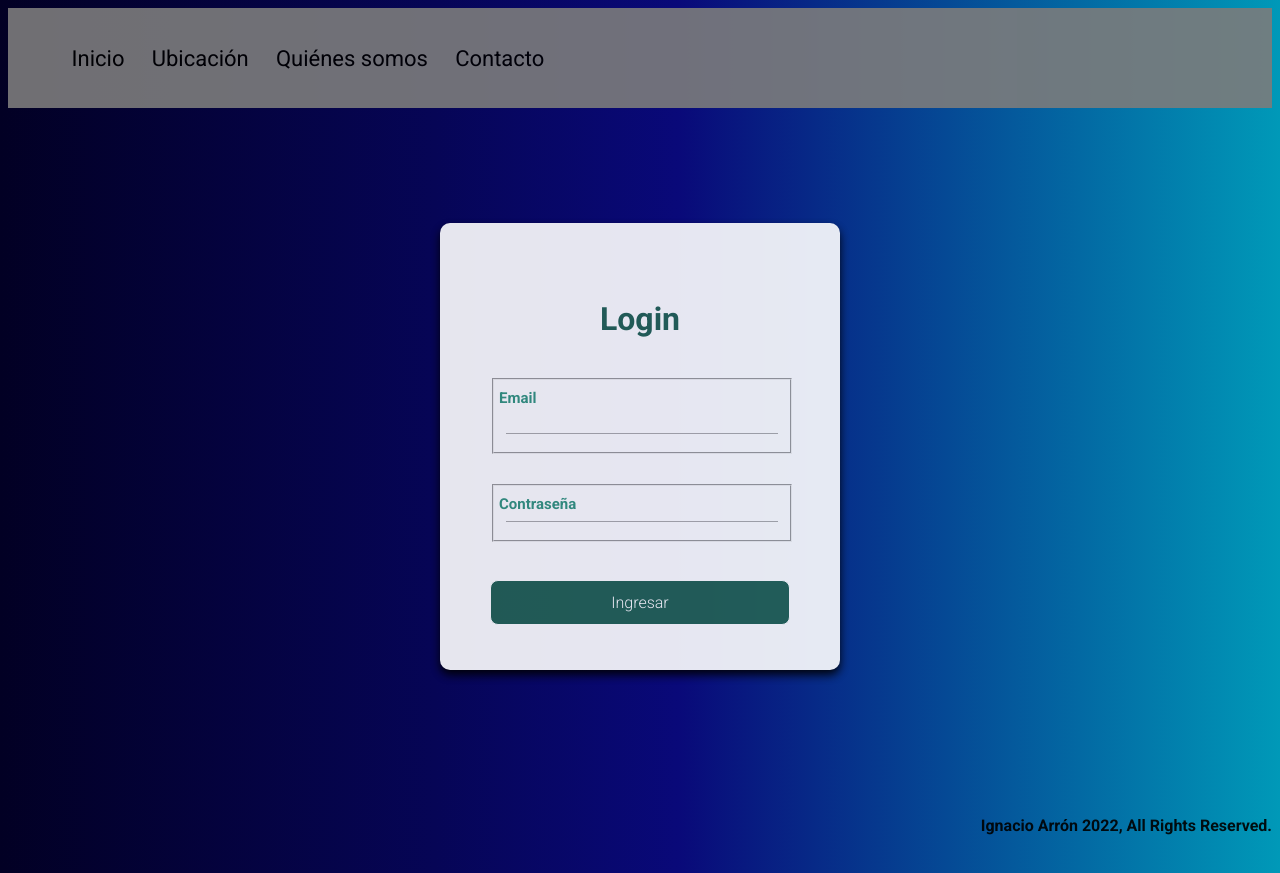
Repository: Divineridh/lppa-parcial2
Page: login.html
The author's editor kept a copy of each file at every save. The page is drawn from the files as they stood at one save, then again after the next save.
The browser window is 1280 px wide. The pictures show the whole page.

Above is the page before, as saved 2022-07-04 21:53:38.

### login.html
<!DOCTYPE html>
<html lang="en">
<head>
    <meta charset="UTF-8">
    <meta http-equiv="X-UA-Compatible" content="IE=edge">
    <meta name="viewport" content="width=device-width, initial-scale=1.0">
    <link rel="stylesheet" href="./styles/login.css">
    <link rel="stylesheet" href="./styles/style.css">
    <script src="./scripts/login.js"></script>
    <link rel="shortcut icon" href="images/favicon.ico" type="image/x-icon">
    <title>Login page</title>
</head>
<body>
    <header>
        <nav>
            <a href="#" target="_blank">Inicio</a>
            <a href="#" target="_blank">Ubicación</a>
            <a href="#" target="_blank">Quiénes somos</a>
            <a href="#" target="_blank">Contacto</a>
        </nav>
    </header>
    <form class="form">
        <h2 class="form-title">Login</h2>
        <fieldset class="form-group">
            <label class="form-label-text" for="txtEmail">Email</label><br>
            <input class="form-text" type="email" id="txtEmail" placeholder=" ">
            <label class="form-label-error hidden" for="txtEmail">Ingrese un email válido</label>
        </fieldset>
        <fieldset class="form-group">
            <label class="form-label-text" for="txtPassword">Contraseña</label>
            <input class="form-text" type="password" id="txtPassword" placeholder=" ">
            <label class="form-label-error hidden" for="txtPassword">Ingrese una contraseña válido</label>
        </fieldset>
        <input class="form-button" type="submit" value="Ingresar" id="loginBtn">
        <label id="label-error-login" class="form-label-error" hidden></label>
    </form>
    <footer>
        <p>
            Ignacio Arrón 2022, All Rights Reserved.
        </p>
    </footer>
</body>
</html>

### styles/login.css
.form{
    background-color: var(--blanco);
    margin: 100px auto;
    width: 90%;
    max-width: 400px;
    padding: 50px;
    padding-bottom: 25px;
    border-radius: 10px;
    box-shadow: 0px 5px 10px;
    text-align: center;
}

.form-title{
    font-size: 32px;
    margin-bottom: 40px;
    font-weight: 700;
    color: var(--verdeClaro)
}

.form-container{
    margin-top: 50px;
    display:flex;
}

.form-group{
    width: 100%;
    position: relative;
    margin-bottom: 30px;
}

.form-text{
    width: 100%;
    background: none;
    margin-bottom: 8px;
    color: rgb(112, 108, 108);
    font-size: 16px;
    padding: 5px 3px;
    border:none;
    outline:none;
    border-bottom: 1px solid rgb(87, 87, 87, 0.49);
    font-family: 'Roboto', sans-serif;
}

.form-text:focus + .form-lblTxt, .form-txt:not(:placeholder-shown) + .form-lblTxt{
    transform: translateY(-13px) scale(0.9);
    transform-origin: left top;
}

.form-label-text{
    color: var(--verdeAgua);
    position:absolute;
    font-size: 15px;
    top:0;
    left:5px;
    font-weight: bold;
    transform: translateY(9px);
    transform-origin: left bottom;
    transition: transform .5s;
}

.form-label-error{
    width: 100%;
    color:rgb(255, 0, 0);
    text-align: center;
}

.form-img{
    width: 20%;
    height: 20%;
}

.form-button{
    width: 100%;
    background-color: var(--verdeClaro);
    color:var(--blanco);
    font-family: 'Roboto', sans-serif;
    font-weight: 300;
    font-size: 16px;
    padding: 12px 0px;
    border: 1px solid;
    border-radius: 8px;
    cursor: pointer;
    transition: background-color .3s;
    margin-top: 8px;
    margin-bottom: 20px;
}

.form-button:hover{
    color: var(--verdeClaro);
    background-color: var(--blanco);
}

### styles/style.css
@import url('https://fonts.googleapis.com/css2?family=Roboto:wght@300;400;700&display=swap');

*{
    box-sizing: border-box;
    --azul: rgb(56, 102, 242);
    --blanco: rgb(255, 255, 255);
    --gris: rgb(221, 221, 221);
    --negro: rgb(0, 0, 0);
    --verdeOscuro: rgb(15, 54, 45);
    --verdeClaro: rgb(36, 99, 85);
    --verdeAgua: rgb(54, 150, 129);
    --verdeHeader: rgb(17, 96, 0);
}

body{
    font-family: 'Roboto', sans-serif;
    opacity: 0.9;
    background: rgb(2,0,36);
    background: linear-gradient(90deg, rgba(2,0,36,1) 0%, rgba(6,5,86,1) 34%, rgba(9,9,121,1) 53%, rgba(0,153,184,1) 100%);
    background-position: 0 0,40px 40px;
    display:flex;
    flex-direction: column;
}

header{
    width: 100%;
    height: 100px;
    padding: 0px 50px;
    margin-bottom: 15px;
    display: flex;
    justify-content: space-between;
    align-items: center;
    background-color: #7c7c7c
}

header h1{
    font-weight: 700;
    font-size: 40px;
    color:var(--blanco);
}

header nav{
    display:inherit;
    justify-content: space-around;
    width: 500px;
}

header nav a{
    text-decoration: none;
    font-weight: 400;
    font-size: 22px;
    color:var(--negro);
}

header nav i{
    font-size: 22px;
}

header nav a:hover, i:hover{
    color: var(--blanco);
    cursor: pointer;
}

footer{
    width: 100%;
    height: 50px;
    display: flex;
    justify-content: right;
    align-items: bottom;
    margin-top: 30px;
    margin-bottom: 15px;
}

footer p{
    color: rgb(0, 0, 0);
    font-weight: 700;
    text-align: center;
}

.hidden{
    display:none;
}

### scripts/login.js
window.onload = function() {
    SessionCheck();
    GetElements();
    HideLabels();
    submit.onclick = (e) => {
        e.preventDefault();
        if (FieldValidations()) {
            errorLogin.classList.toggle("hidden", true);
            Request();
        }
    }
}

function SessionCheck() {
    if (localStorage.logged == "true") {
        location = "./dashboard.html";
    }
}

function GetElements() {
    email = document.getElementById("txtEmail");
    password = document.getElementById("txtPassword");
    submit = document.getElementById("loginBtn")
    errorLogin = document.getElementById("label-error-login")
}

function Login(data) {
    if (data.error == false) {
        localStorage.logged = "true";
        location = "./dashboard.html";
    }
}

function FieldValidations() {
    validate = true;
    if (password.value.length < 7) {
        pass.labels[1].classList.toggle("hidden", false);
        validate = false;
    }
    if (!email.value.match(/[a-z0-9]+@[a-z]+\.[a-z]{2,3}/)) {
        email.labels[1].classList.toggle("hidden", false);
        validate = false;
    }
    return validate;
}

function HideLabels() {
    email.onfocus = () => {
        email.labels[1].classList.toggle("hidden", true);
        errorLogin.classList.toggle("hidden", true);
    }
    password.onfocus = () => {
        password.labels[1].classList.toggle("hidden", true);
        errorLogin.classList.toggle("hidden", true);
    }
}

function Request() {
    fetch("https://basic-server-one.vercel.app/login", {
        method: "POST",
        headers: { "Content-Type": "application/json"},
        body: JSON.stringify({
        email: email.value,
        password: password.value
        })
    })
        .then(response => response.json())
        .then(data => Login(data))
        .catch(error => console.log(error))
}

After the next save:
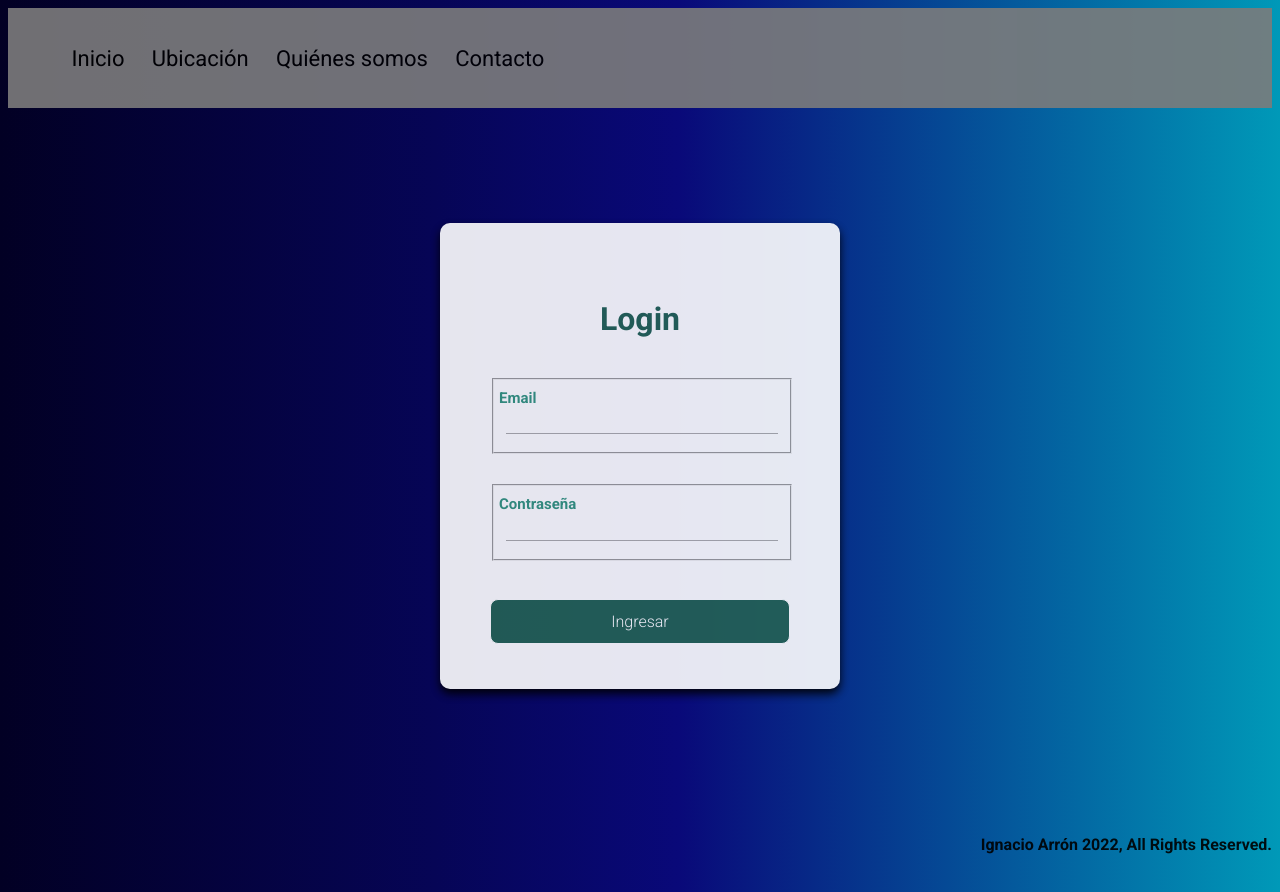
Saved 14 s later.
--- a/login.html
+++ b/login.html
@@ -27,7 +27,7 @@
             <label class="form-label-error hidden" for="txtEmail">Ingrese un email válido</label>
         </fieldset>
         <fieldset class="form-group">
-            <label class="form-label-text" for="txtPassword">Contraseña</label>
+            <label class="form-label-text" for="txtPassword">Contraseña</label><br>
             <input class="form-text" type="password" id="txtPassword" placeholder=" ">
             <label class="form-label-error hidden" for="txtPassword">Ingrese una contraseña válido</label>
         </fieldset>
